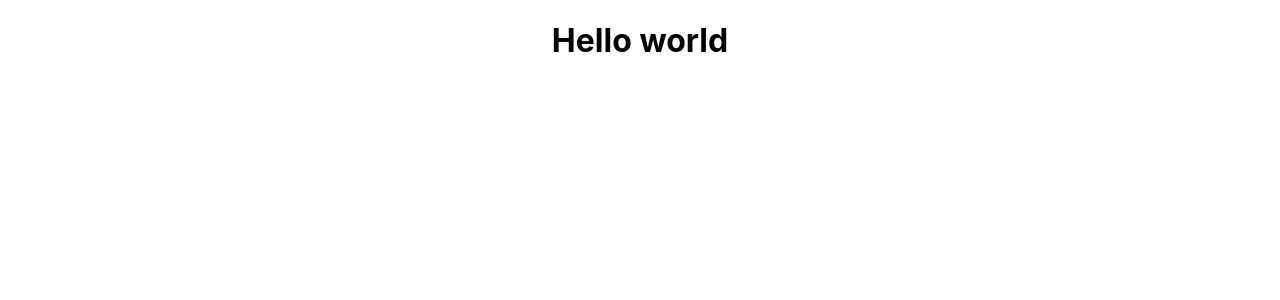
Repository: ShahbazGurmani/react-practice
Page: /
An editor plug-in stored every save of this project. The page is shown before and after the next save, followed by the edit.
The browser window is 1280 px wide. The pictures show the whole page.
The project was rebuilt for these pictures with package versions that can differ from the ones it lists, and the page was loaded fresh each time. Also part of the build but not shown: src/Records.js.

Above is the page before, as saved 2023-08-18 15:48:40.

After the next save:
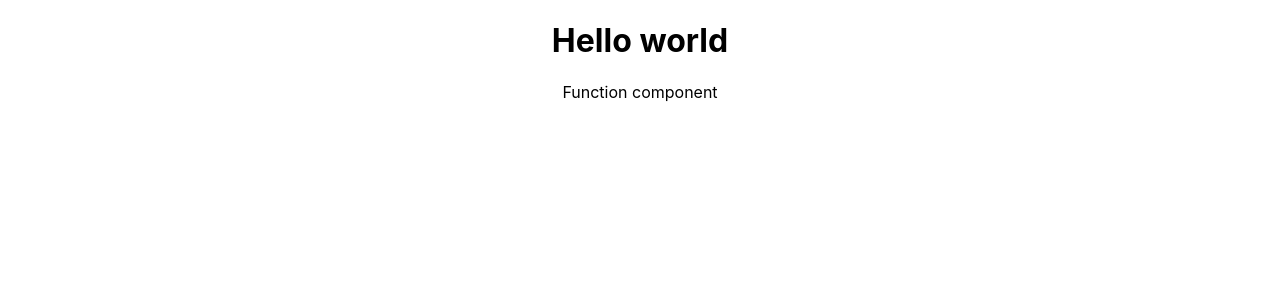
Saved 48 s later.
--- a/src/App.js
+++ b/src/App.js
@@ -1,10 +1,14 @@
 import logo from './logo.svg';
 import './App.css';
+import  './User';
+import User from './User';
 function App() {
   return (
     <div className="App">
       <h1>Hello world</h1>
+      <User/>
     </div>
+
   );
 }
 
